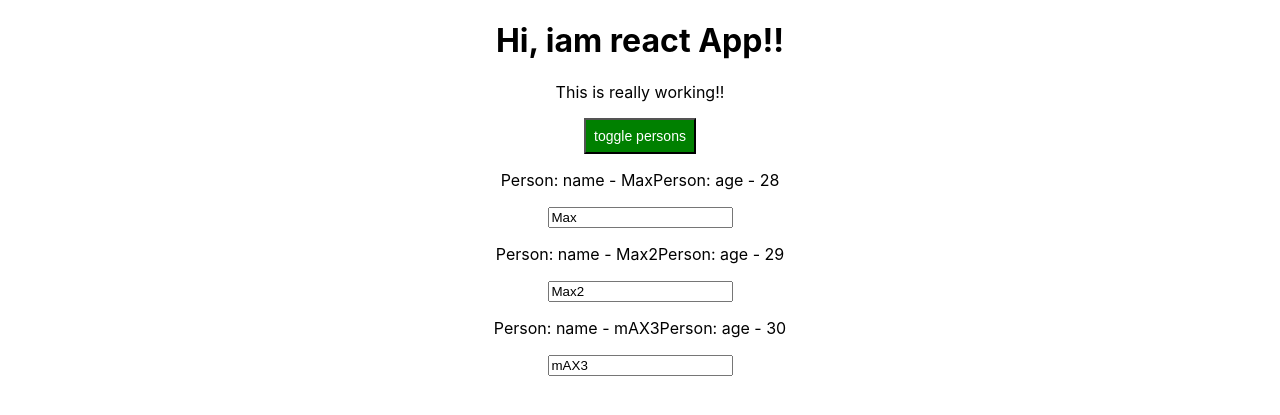
Repository: RohitMalik2/Rohit_react
Page: /, after clicking the first element matching `button`
These files come from the project's save history. The page is drawn as it stood at one moment and after the next save; the edit follows.
The browser window is 1280 px wide. The pictures show the whole page.
The project was rebuilt for these pictures with package versions that can differ from the ones it lists, and the page was loaded fresh each time.

Above is the page before, as saved 2019-11-28 07:49:24.

### src/App.js
import React, { Component } from 'react';
import logo from './logo.svg';
import './App.css';
import Person from './Person/Person'

class App extends Component {

  state = {
    persons: [
      { id: '1', name: 'Max', age: 28 },
      { id: '11', name: 'Max2', age: 29 },
      { id: '12', name: 'mAX3', age: 30 }
    ],
    otherState: 'some other state',
    showPersons: false
  }

  deletePersonHandler = (index) => {
    const persons = this.state.persons;
    persons.splice(index, 1);
    this.setState({ persons: persons });
  }

  togglePersonsHandler = () => {
    const currentState = this.state.showPersons;
    this.setState({ showPersons: !currentState });
  }

  nameChangedHandler = (event, id) => {
    const personIndex = this.state.persons.findIndex(person => {
      return id === person.id;
    });
    const changedPerson = { ...this.state.persons[personIndex] }; // deep copy or Object.assign({}, this.state.persons[personIndex])
    changedPerson.name = event.target.value;
    const persons = [...this.state.persons];
    persons[personIndex] = changedPerson;
    this.setState({
      persons: persons
    });
  }
  render() {
    const style = {
      fontSize: '14px',
      backgroundColor: 'green',
      color: '#ffffff',
      border: '1px soild blue',
      padding: '8px'
    };

    let persons = null;
    if (this.state.showPersons) {
      persons = (
        <div>
          {/* iterating through a list of items */}
          {this.state.persons.map((person, index) => {
            return <Person
              click={() => this.deletePersonHandler(index)}
              name={person.name}
              age={person.age}
              key={person.id}
              changed={(event) => this.nameChangedHandler(event, person.id)} />;
          })}

          {/*  <Person
            name={this.state.persons[0].name}
            age={this.state.persons[0].age} />
          <Person
            name={this.state.persons[1].name}
            age={this.state.persons[1].age} />
          <Person
            name={this.state.persons[2].name}
            age={this.state.persons[2].age} /> */}
        </div>
      );
    }
    return (
      <div className="App">
        <h1>Hi, iam react App!!</h1>
        <p>This is really working!!</p>
        <button style={style} onClick={this.togglePersonsHandler}>toggle persons</button>
        {persons}
      </div>
    );
  };

}

export default App;

### src/Person/Person.js
import React from 'react';

const Person = (props) =>{
    return (
        <div className="Person">
            <p onClick={props.click}>Person: name - {props.name}Person: age - {props.age}</p>
            <input type="text" value={props.name} onChange={props.changed}/>
        </div>
    );
};

export default Person;

Loaded but not shown: public/index.html (common file); src/index.js (common file); src/index.css (common file); src/serviceWorker.js (common file); src/App.css (common file)

After the next save:
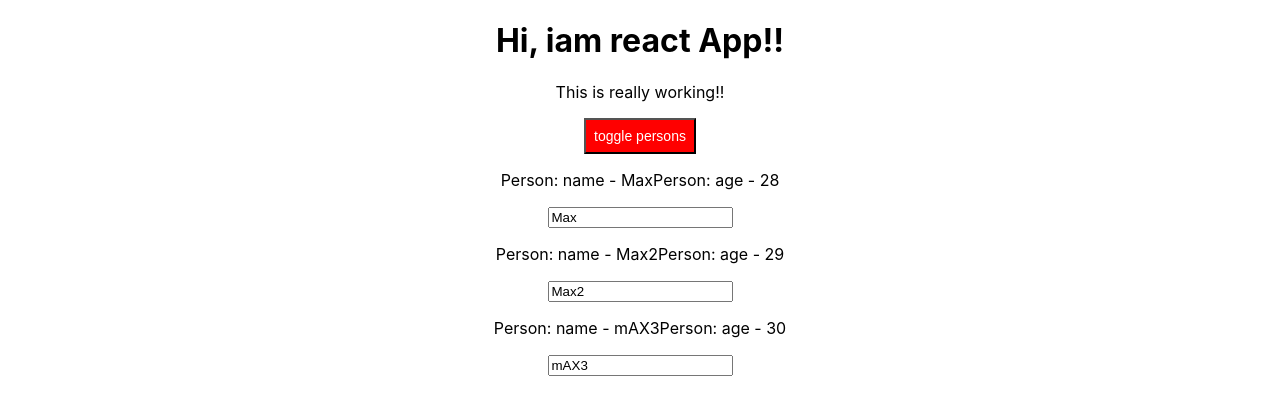
Saved 41 s later.
--- a/src/App.js
+++ b/src/App.js
@@ -72,6 +72,7 @@ class App extends Component {
             age={this.state.persons[2].age} /> */}
         </div>
       );
+      style.backgroundColor = 'red';
     }
     return (
       <div className="App">
